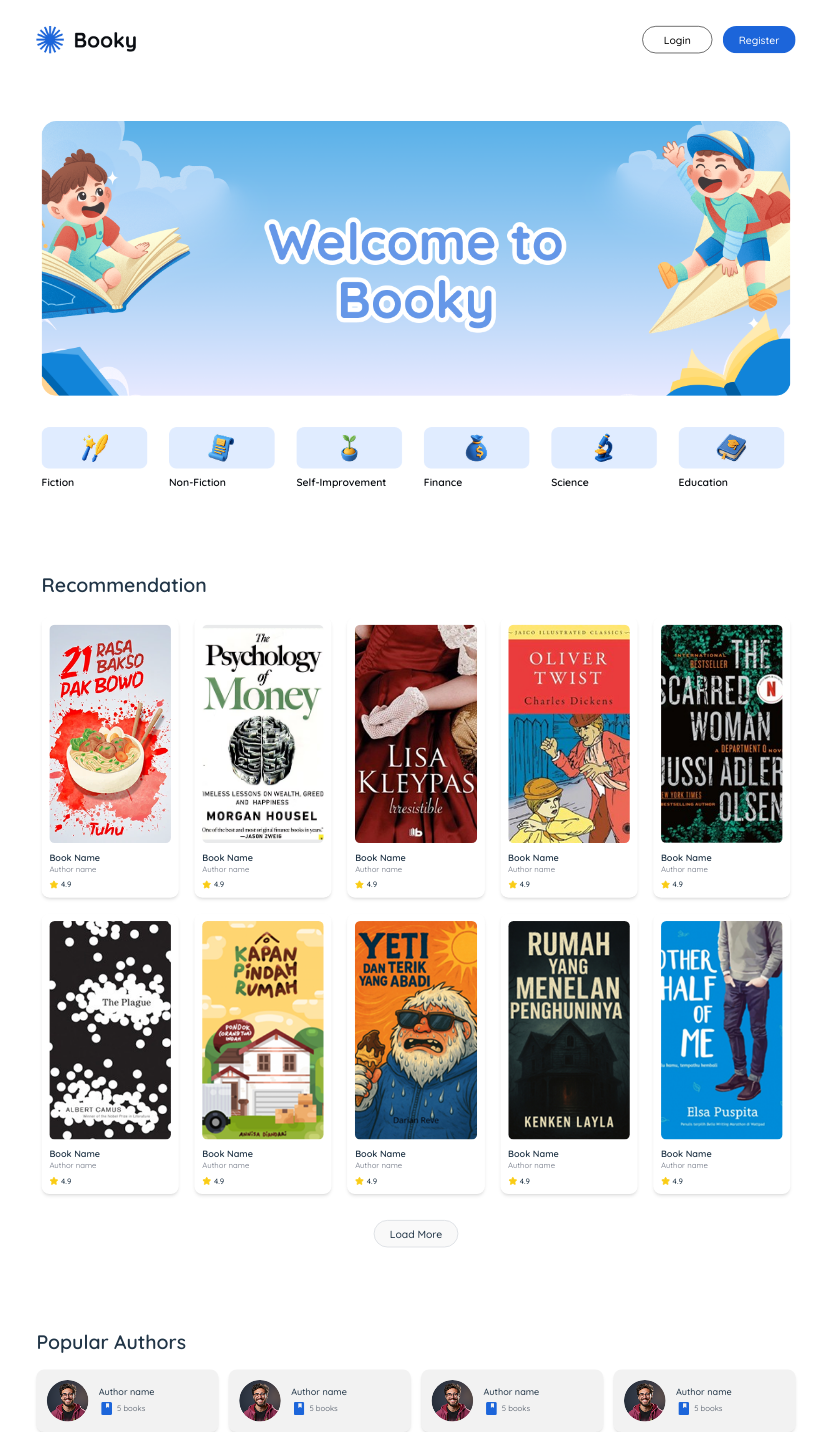
Repository: faridsyafaat/library-app
Page: /
The author's editor kept a copy of each file at every save. The page is drawn from the files as they stood at one save, then again after the next save.
The browser window is 1280 px wide. The pictures show the whole page, at 65% of full size.
The project was rebuilt for these pictures with package versions that can differ from the ones it lists, and the page was loaded fresh each time. Also part of the build but not shown: vite.config.ts, src/pages/Login.tsx, src/pages/Register.tsx.

Above is the page before, as saved 2025-11-24 21:20:25.

### index.html
<!doctype html>
<html lang="en">
  <head>
    <meta charset="UTF-8" />
    <link rel="icon" type="image/svg+xml" href="/vite.svg" />
    <meta name="viewport" content="width=device-width, initial-scale=1.0" />
    <title>library-app</title>
  </head>
  <body>
    <div id="root"></div>
    <script type="module" src="/src/main.tsx"></script>
  </body>
</html>

### src/index.css
@import url('https://fonts.googleapis.com/css2?family=Quicksand:wght@300;400;500;600;700&display=swap');
@tailwind base;
@tailwind components;
@tailwind utilities;

:root {
  font-family: system-ui, Avenir, Helvetica, Arial, sans-serif;
  line-height: 1.5;
  font-weight: 400;
  font-synthesis: none;
  text-rendering: optimizeLegibility;
  -webkit-font-smoothing: antialiased;
  -moz-osx-font-smoothing: grayscale;
}

a {
  font-weight: 500;
  color: #646cff;
  text-decoration: inherit;
}
a:hover {
  color: #535bf2;
}

body {
  margin: 0;
  min-height: 100vh;
  }

h1 {
  font-size: 3.2em;
  line-height: 1.1;
}

button {
  border-radius: 8px;
  border: 1px solid transparent;
  padding: 0.6em 1.2em;
  font-size: 1em;
  font-weight: 500;
  font-family: inherit;
  background-color: #1a1a1a;
  cursor: pointer;
  transition: border-color 0.25s;
}
button:hover {
  border-color: #646cff;
}
button:focus,
button:focus-visible {
  outline: 4px auto -webkit-focus-ring-color;
}

@media (prefers-color-scheme: light) {
  :root {
    color: #213547;
    background-color: #ffffff;
  }
  a:hover {
    color: #747bff;
  }
  button {
    background-color: #f9f9f9;
  }
}

.container-custom {
  max-width: 1200px;
  margin-left: auto;
  margin-right: auto;
  padding-left: 1rem;
  padding-right: 1rem;
}

@layer base {
  body {
    @apply font-quicksand;
  }
}

### src/App.tsx
import { BrowserRouter as Router, Routes, Route, } from "react-router-dom";
import HomeBefore from "./pages/HomeBefore";
import Login from "./pages/Login";
import Register from "./pages/Register";


function App() {


  return (
    <Router>
      <Routes>
        <Route path="/" element={<HomeBefore />} />
        <Route path="/login" element={<Login />} />
        <Route path="/register" element={<Register />} />

      </Routes>
    </Router>
  );
}

export default App;

### src/pages/HomeBefore.tsx
import NavbarBefore from "@/components/layout/NavbarBefore";
import HeroSection from "@/components/sections/HeroSection";
import RecommendationSection from "@/components/sections/RecommendationSection";
import AuthorsSection from "@/components/sections/AuthorsSection";

export default function HomeBefore() {
  return (
    <div>
      <NavbarBefore />
      <HeroSection />
      <RecommendationSection />
      <AuthorsSection />

    </div>
  );
}

### src/components/layout/NavbarBefore.tsx
import Button from "@/components/ui/Button";
import { useNavigate } from "react-router-dom";

export default function NavbarBefore() {
  const navigate = useNavigate();

  return (
    <nav className="sticky top-0 z-50 bg-white">
      <div className="container mx-auto flex justify-between items-center py-10 px-4">
        {/* Logo */}
        <div className="flex items-left gap-2">
          <img src="/icon/booky.png" alt="Booky Logo" className="w-[155px] h-[42px]" />
        </div>

        {/* Buttons */}
        <div className="flex gap-4">
          <Button
            variant="outline"
            className="bg-white text-black border border-neutral-800 px-8 py-2"
            onClick={() => navigate("/login")}
          >
            Login
          </Button>
          <Button
            variant="default"
            className="px-10 py-2"
            onClick={() => navigate("/register")}
          >
            Register
          </Button>
        </div> {/* Tutup div buttons */}
      </div> {/* Tutup div container */}
    </nav>
  );
}

### src/components/sections/HeroSection.tsx

const bookCategories = [
  { name: "Fiction", img: "/image/hero1.png" },
  { name: "Non-Fiction", img: "/image/hero2.png" },
  { name: "Self-Improvement", img: "/image/hero3.png" },
  { name: "Finance", img: "/image/hero4.png" },
  { name: "Science", img: "/image/hero5.png" },
  { name: "Education", img: "/image/hero6.png" },
];

export default function HeroSection() {
  return (
    <section className="bg-white py-16">
      <div className="container mx-auto px-6">
        {/* Hero Image */}
        <div className="w-full">
          <img
            src="/image/herosection.png"
            alt="Hero Background"
            className="w-full h-auto rounded-xl"
          />
        </div>

        {/* Jenis Buku */}
       <div className="mt-12 grid grid-cols-3 sm:grid-cols-3 md:grid-cols-6 gap-6">
  {bookCategories.map((book) => (
    <div
      key={book.name}
      className="flex flex-col items-start cursor-pointer hover:scale-105 transition-transform"
    >
      <img
        src={book.img}
        alt={book.name}
        className="w-[162.67px] h-[64px] object-cover rounded-lg mb-2"
      />
      <span className="text-[#0A0D12] font-semibold">{book.name}</span>
    </div>
  ))}
</div>

      </div>
    </section>
  );
}

### src/components/sections/RecommendationSection.tsx
import { Star } from "lucide-react";

const books = [
  {
    title: "Book Name",
    author: "Author name",
    rating: 4.9,
    img: "/image/book1.png",
  },
  {
    title: "Book Name",
    author: "Author name",
    rating: 4.9,
    img: "/image/book2.png",
  },
  {
    title: "Book Name",
    author: "Author name",
    rating: 4.9,
    img: "/image/book3.png",
  },
  {
    title: "Book Name",
    author: "Author name",
    rating: 4.9,
    img: "/image/book4.png",
  },
  {
    title: "Book Name",
    author: "Author name",
    rating: 4.9,
    img: "/image/book5.png",
  },
  {
    title: "Book Name",
    author: "Author name",
    rating: 4.9,
    img: "/image/book6.png",
  },
  {
    title: "Book Name",
    author: "Author name",
    rating: 4.9,
    img: "/image/book7.png",
  },
  {
    title: "Book Name",
    author: "Author name",
    rating: 4.9,
    img: "/image/book8.png",
  },
  {
    title: "Book Name",
    author: "Author name",
    rating: 4.9,
    img: "/image/book9.png",
  },
  {
    title: "Book Name",
    author: "Author name",
    rating: 4.9,
    img: "/image/book10.png",
  },
];

export default function RecommendationSection() {
  return (
    <section className="py-16 bg-white">
      <div className="container mx-auto px-6">

        {/* Title */}
        <h2 className="text-3xl font-semibold mb-8">Recommendation</h2>

        {/* Grid Books */}
        <div className="grid grid-cols-2 sm:grid-cols-3 md:grid-cols-5 gap-6">
          {books.map((book, index) => (
            <div
              key={index}
              className="bg-white shadow-md rounded-xl p-3 cursor-pointer hover:scale-105 transition-transform"
            >
              <img
                src={book.img}
                alt={book.title}
                className="h-[336px] w-[224] object-cover rounded-lg"
              />

              <h3 className="mt-3 text-sm font-semibold">{book.title}</h3>
              <p className="text-xs text-gray-500">{book.author}</p>

              <div className="flex items-center gap-1 mt-2">
                <Star size={14} fill="#FACC15" color="#FACC15" />
                <span className="text-xs font-medium">{book.rating}</span>
              </div>
            </div>
          ))}
        </div>

        {/* Load More Button */}
        <div className="flex justify-center mt-10">
          <button className="px-6 py-2 rounded-full border border-gray-300 hover:bg-gray-100 transition">
            Load More
          </button>
        </div>
      </div>
    </section>
  );
}

### src/components/sections/AuthorsSection.tsx
const authors = [
  {
    id: 1,
    name: "Author name",
    books: "5 books",
    image: "/image/author.png",
  },
  {
    id: 2,
    name: "Author name",
    books: "5 books",
    image: "/image/author.png",
  },
  {
    id: 3,
    name: "Author name",
    books: "5 books",
    image: "/image/author.png",
  },
  {
    id: 4,
    name: "Author name",
    books: "5 books",
    image: "/image/author.png",
  },
];

export default function AuthorsSection() {
  return (
    <section className="container mt-16">
      <h2 className="text-3xl font-semibold mb-6">Popular Authors</h2>

      <div className="grid grid-cols-1 gap-4 md:grid-cols-2 lg:grid-cols-4">
        {authors.map((author) => (
          <div
            key={author.id}
            className="shadow-md rounded-xl p-4 flex items-center gap-4 bg-[#CBCACA40]"
          >
            {/* FOTO AUTHOR */}
            <img
              src={author.image}
              alt={author.name}
              className="w-16 h-16 rounded-full object-cover"
            />

            {/* TEKS */}
            <div>
              <p className="font-medium text-sm">{author.name}</p>

              {/* ICON BUKU + JUMLAH */}
              <div className="flex items-center gap-1 mt-1 text-gray-600">
                <img
                  src="/image/book.png"
                  alt="book icon"
                  className="w-[24px] h-[24px] object-contain"
                />
                <span className="text-xs">{author.books}</span>
              </div>
            </div>
          </div>
        ))}
      </div>
    </section>
  );
}

### src/components/ui/Button.tsx
import React from "react";
import clsx from "clsx";

interface ButtonProps extends React.ButtonHTMLAttributes<HTMLButtonElement> {
  variant?: "default" | "outline" | "short";
  size?: "sm" | "md" | "lg";
}

const Button: React.FC<ButtonProps> = ({
  variant = "default",
  className,
  children,
  ...props
}) => {
  const baseStyle = "inline-flex items-center justify-center font-medium focus:outline-none rounded-full disabled:opacity-50 disabled:pointer-events-none";

  const variants: Record<string, string> = {
    default: "bg-[#1C65DA] text-white px-6 py-2 hover:bg-blue-600",
    outline: "border border-gray-800 text-black bg-white px-6 py-2 hover:bg-gray-100",
    short: "px-4 py-2 rounded-md text-sm",
  };

  return (
    <button className={clsx(baseStyle, variants[variant], className)} {...props}>
      {children}
    </button>
  );
};

export default Button;

### tailwind.config.js
/** @type {import('tailwindcss').Config} */
module.exports = {
  content: [
    "./index.html",
    "./src/**/*.{js,ts,jsx,tsx}",
  ],
  theme: {
    extend: {
      fontFamily: {
        quicksand: ["Quicksand", "sans-serif"],
      },
    },
    container: {
      center: true,
      padding: '1rem',
      screens: {
        sm: "640px",
        md: "768px",
        lg: "1200px", // container lg = 1200px
        xl: "1200px",
        "2xl": "1200px"
      }
    }
  },
  plugins: [],
};

Loaded but not shown: src/main.tsx (common file)

After the next save:
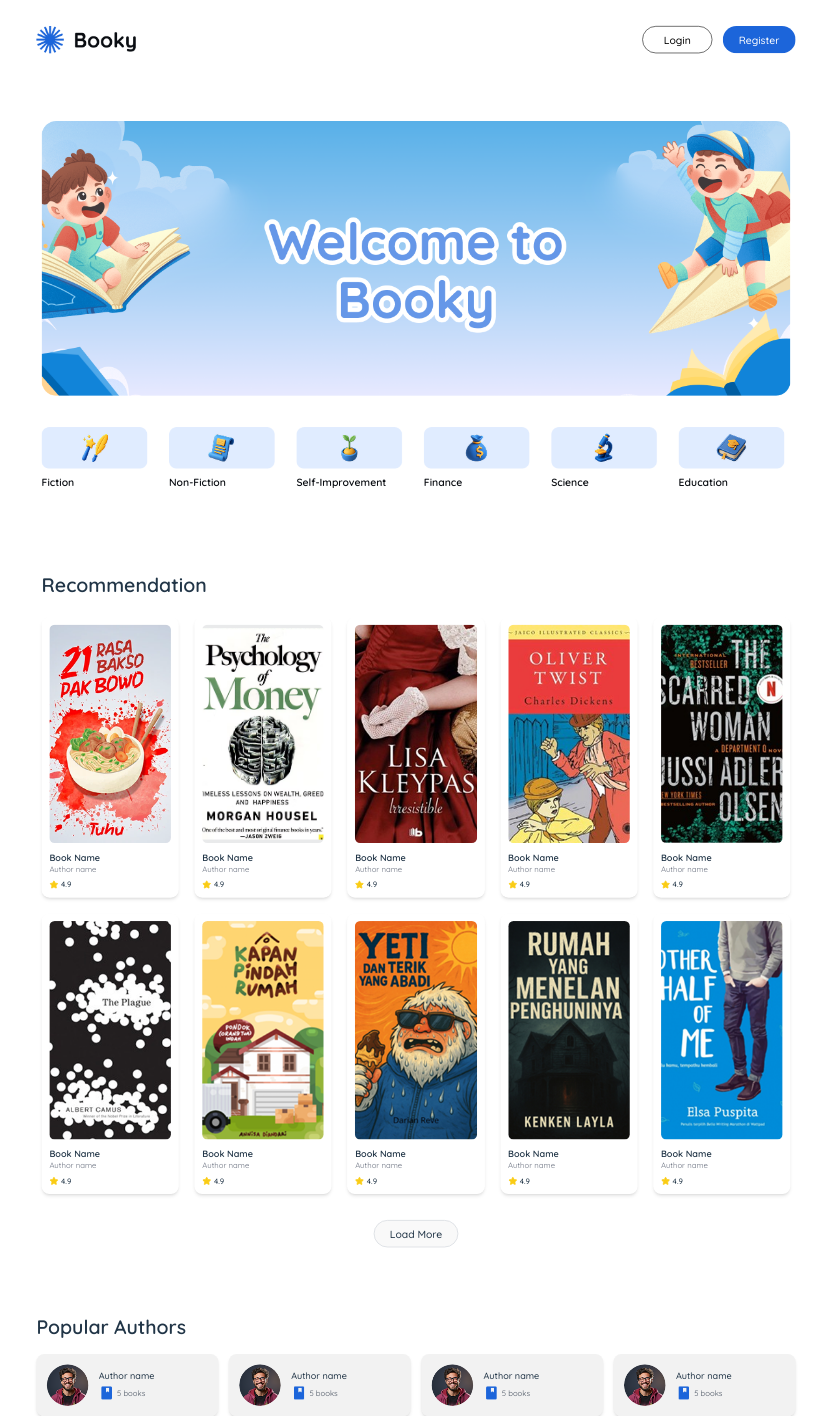
Saved 31 s later.
--- a/src/components/sections/AuthorsSection.tsx
+++ b/src/components/sections/AuthorsSection.tsx
@@ -27,7 +27,7 @@
 
 export default function AuthorsSection() {
   return (
-    <section className="container mt-16">
+    <section className="container mt-10">
       <h2 className="text-3xl font-semibold mb-6">Popular Authors</h2>
 
       <div className="grid grid-cols-1 gap-4 md:grid-cols-2 lg:grid-cols-4">
